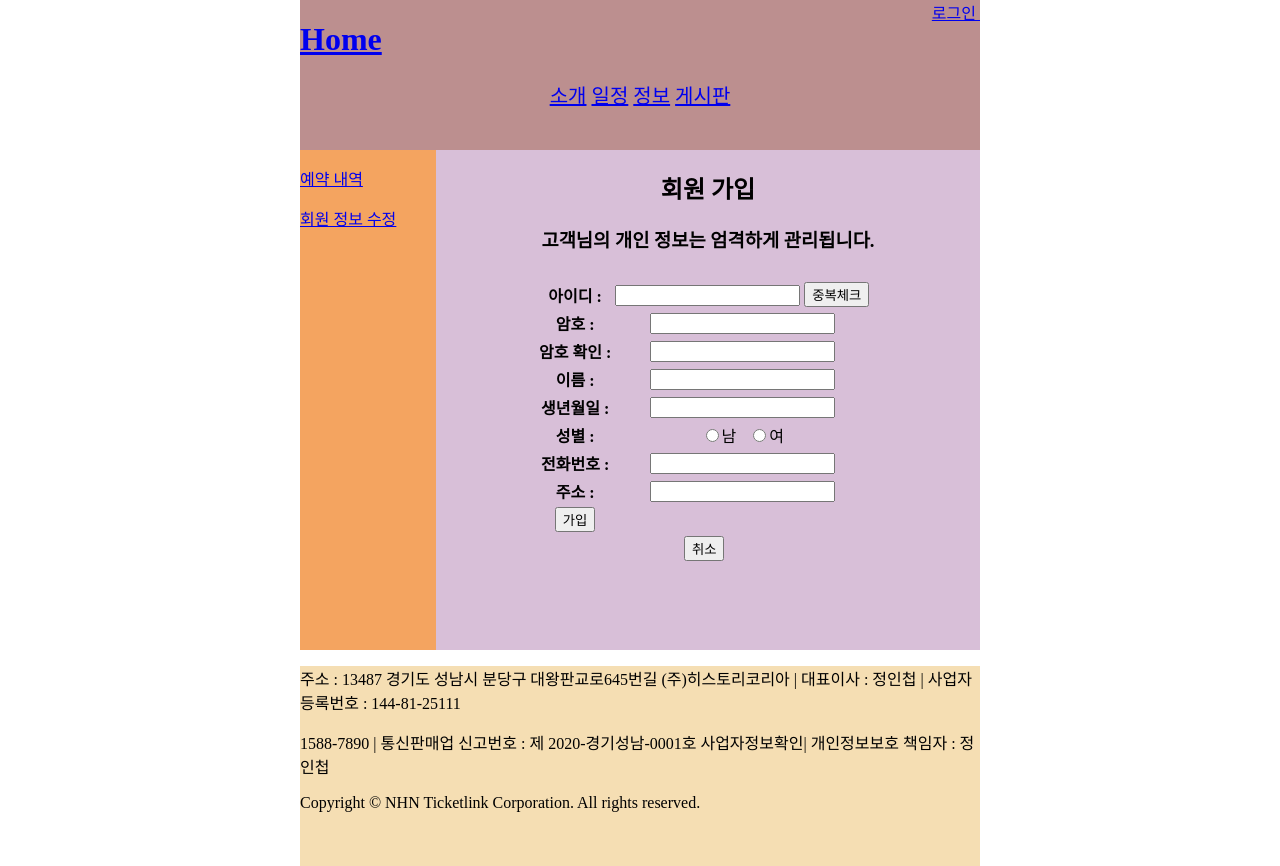
Repository: dlscjq34/JSP_historyTour
Page: http://localhost/HistoryTour/WEB-INF/views/member/joinMember.jsp
The author's editor kept a copy of each file at every save. The page is drawn from the files as they stood at one save, then again after the next save.
The browser window is 1280 px wide. The pictures show the whole page.
The page is served by Tomcat 9. Nobody is signed in. The template is opened directly, without the code that normally fills it, so the values that code supplies are empty.

Above is the page before, as saved 2020-12-21 03:53:37.

After the next save:
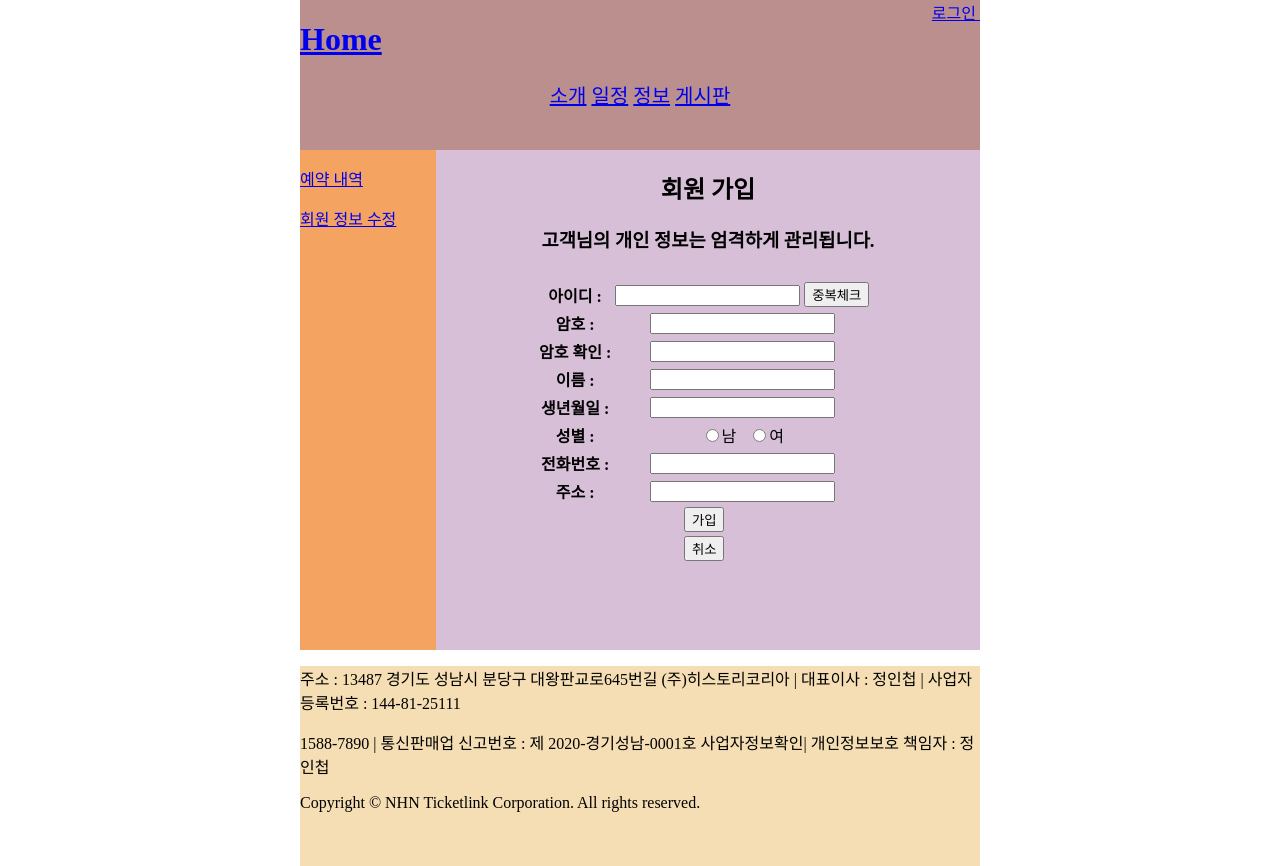
Saved 14 s later.
--- a/HistoryTour/WebContent/WEB-INF/views/member/joinMember.jsp
+++ b/HistoryTour/WebContent/WEB-INF/views/member/joinMember.jsp
@@ -61,7 +61,7 @@
 	               			<td><input type="text" name="address" id="address" required>
 	               		</tr>
 	               		<tr>
-	               			<td><input type="submit" name="enroll" class="enroll" value="가입"></td>
+	               			<td colspan="2" align="center"><input type="submit" name="enroll" class="enroll" value="가입"></td>
 	               		</tr>
 	               		<tr>
 	               			<td colspan="2" align="center"><input type="reset" value="취소"></td>
